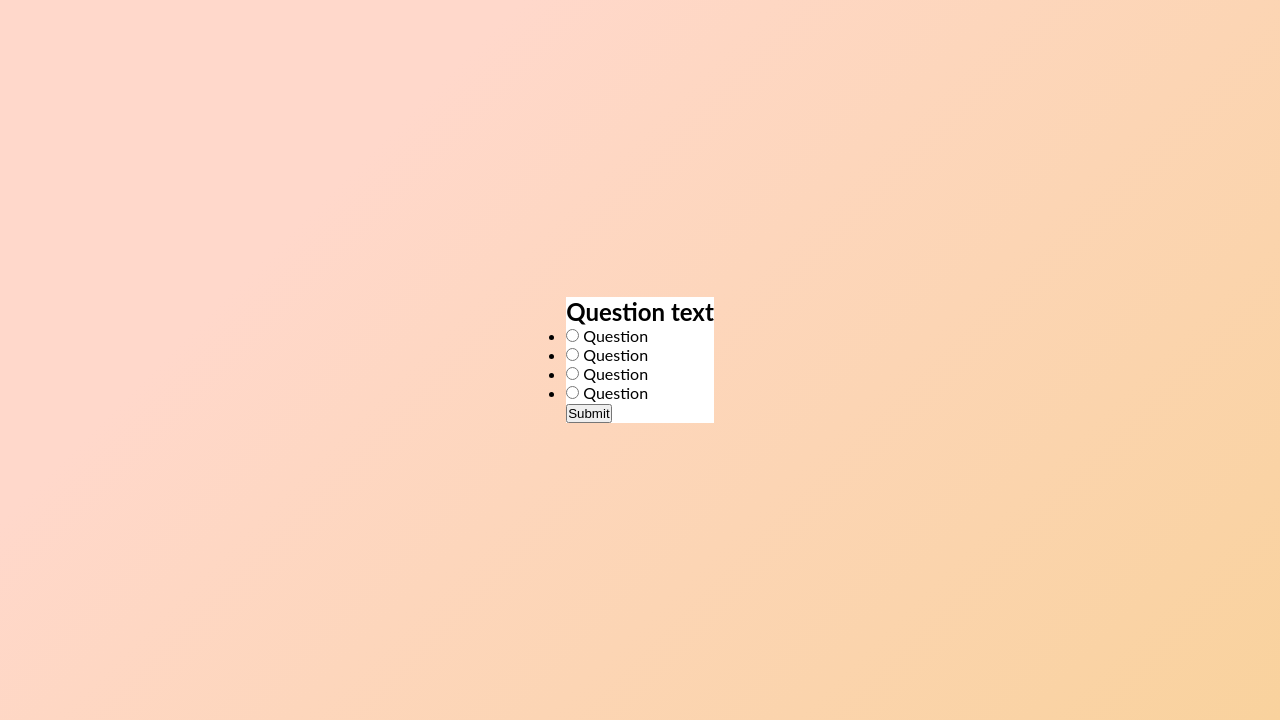
Repository: PratypartyY2K/JavaScript-Projects
Page: Quiz-App/index.html
An editor plug-in stored every save of this project. The page is shown before and after the next save, followed by the edit.
The browser window is 1280 px wide. The pictures show the whole page.

Above is the page before, as saved 2021-07-04 09:08:22.

### Quiz-App/index.html
<!DOCTYPE html>
<html lang="en">

<head>
    <meta charset="UTF-8">
    <meta http-equiv="X-UA-Compatible" content="IE=edge">
    <meta name="viewport" content="width=device-width, initial-scale=1.0">
    <title>Quiz App</title>
    <link rel="stylesheet" href="styles.css">
    <script src="script.js" defer></script>
</head>

<body>
    <div class="quiz-container" id="quiz">
        <div class="quiz-header">
            <h2 id="question">Question text</h2>
            <ul>
                <li>
                    <input type="radio" id="a" name="answer" class="answer" />
                    <label id="a_text" for="a">Question</label>
                </li>
                <li>
                    <input type="radio" id="b" name="answer" class="answer" />
                    <label id="b_text" for="b">Question</label>
                </li>
                <li>
                    <input type="radio" id="c" name="answer" class="answer" />
                    <label id="c_text" for="c">Question</label>
                </li>
                <li>
                    <input type="radio" id="d" name="answer" class="answer" />
                    <label id="d_text" for="d">Question</label>
                </li>
            </ul>
        </div>
        <button id="submit">Submit</button>
    </div>
</body>
</html>

### Quiz-App/styles.css
* {
    margin: 0;
    padding: 0;
    box-sizing: border-box;
}

body {
    background-color: #f9d29d;
    background-image: linear-gradient(315deg, #f9d29d 0%, #ffd8cb 74%);
    display: flex;
    justify-content: center;
    align-items: center;
    min-height: 100vh;
    font-family: "Lato", sans-serif;
}

.quiz-container {
    background: #fff;

}

### Quiz-App/script.js
const quizData = [
  {
    question: "What is 10 + 4?",
    a: "12",
    b: "14",
    c: "16",
    d: "140",
    correct: "c",
  },
  {
    question: "What is 20 - 9?",
    a: "7",
    b: "13",
    c: "11",
    d: "29",
    correct: "c",
  },
  {
    question: "What is 7 x 3?",
    a: "21",
    b: "24",
    c: "25",
    d: "20",
    correct: "a",
  },
  {
    question: "What is 8 / 2?",
    a: "10",
    b: "2",
    c: "4",
    d: "6",
    correct: "c",
  },
  {
    question: "What is 8 ^ 2?",
    a: "8",
    b: "2",
    c: "64",
    d: "16",
    correct: "c",
  },
];

After the next save:
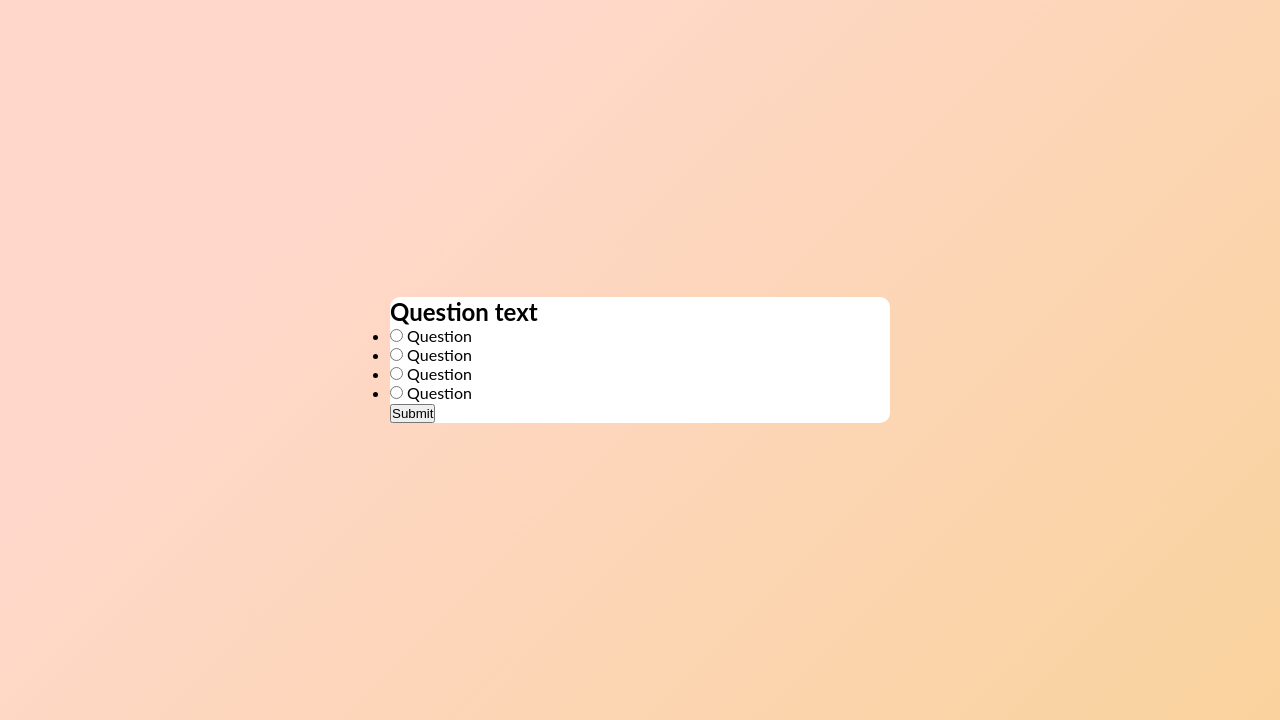
Saved 78 s later.
--- a/Quiz-App/styles.css
+++ b/Quiz-App/styles.css
@@ -15,6 +15,9 @@ body {
 }
 
 .quiz-container {
-    background: #fff;
+    background-color: #fff;
+    width: 500px;
+    border-radius: 10px;
+
 
 }
